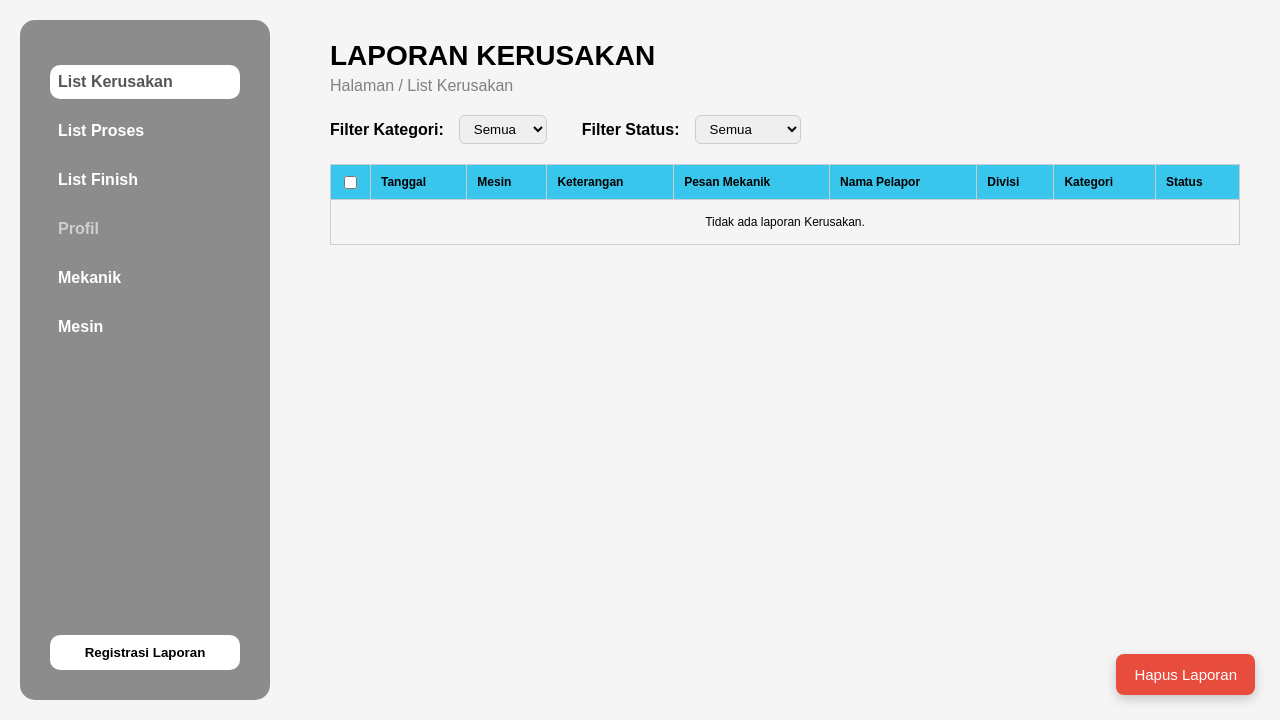
Repository: 1rHub/maintenance
Page: http://localhost/dashboard_laporan.php
An editor plug-in stored every save of this project. The page is shown before and after the next save, followed by the edit.
The browser window is 1280 px wide. The pictures show the whole page.
The page is run by PHP 8.4 with error messages shown; the project is at /var/www/html/. Queries for data that is not in the repository find no rows.

Above is the page before, as saved 2025-10-16 11:53:47.

### dashboard_laporan.php
<?php
session_start();
include "koneksi.php";
include "sidebar.php";

// === HAPUS LAPORAN ===
if ($_SERVER["REQUEST_METHOD"] === "POST" && isset($_POST['hapus_laporan'])) {
    if (!empty($_POST['selected_id'])) {
        $ids = implode(",", array_map('intval', $_POST['selected_id']));
        $query = "DELETE FROM laporan WHERE id IN ($ids)";
        mysqli_query($conn, $query);
    }
    header("Location: dashboard_laporan.php?hapus=1");
    exit();
}

// === SIMPAN LAPORAN BARU ===
if ($_SERVER['REQUEST_METHOD'] === 'POST' && isset($_POST['submit_laporan'])) {
    $nama = $_POST['nama'];
    $divisi = $_POST['divisi'];
    $mesin_id = $_POST['mesin_id'];
    $pesan = $_POST['pesan'];
    $kategori = $_POST['kategori'];

    $sql = "INSERT INTO laporan (nama, divisi, mesin_id, pesan, kategori, tanggal, status)
            VALUES ('$nama', '$divisi', '$mesin_id', '$pesan', '$kategori', NOW(), 'kerusakan')";
    if (mysqli_query($conn, $sql)) {
        header("Location: dashboard_laporan.php?success=1");
        exit;
    } else {
        echo "Error: " . mysqli_error($conn);
    }
}

if ($_SERVER['REQUEST_METHOD'] === 'POST' && isset($_POST['ambil_laporan'])) {
    $id_laporan = $_POST['id_laporan'];
    $mekanik_ids = $_POST['nama_mekanik'] ?? [];

    // Jika tidak ada mekanik dipilih
    if (empty($mekanik_ids)) {
        echo "<script>alert('Pilih minimal satu mekanik.'); history.back();</script>";
        exit;
    }

    // Ambil nama mekanik dari tabel berdasarkan id
    $nama_mekanik_list = [];
    $id_str = implode(",", array_map('intval', $mekanik_ids));
    $query = mysqli_query($conn, "SELECT nama FROM mekanik WHERE id IN ($id_str)");

    while ($row = mysqli_fetch_assoc($query)) {
        $nama_mekanik_list[] = $row['nama'];
    }

    // Gabungkan nama jadi string
    $nama_mekanik = implode(", ", $nama_mekanik_list);
    $mekanik_id_str = implode(",", $mekanik_ids);

    // ✅ Simpan ke laporan
    $sql = "UPDATE laporan
            SET status='proses', mekanik_id=?, nama_mekanik=?
            WHERE id=?";
    $stmt = $conn->prepare($sql);
    $stmt->bind_param("ssi", $mekanik_id_str, $nama_mekanik, $id_laporan);

    if ($stmt->execute()) {
        header("Location: dashboard_laporan.php?ambil=1");

        exit;
    } else {
        echo "Error: " . $conn->error;
    }
}

?>
<!DOCTYPE html>
<html lang="id">

<head>
    <meta charset="UTF-8">
    <title>Dashboard Laporan</title>
    <link rel="stylesheet" href="assets/css/style.css">
</head>

<body>
    <div class="main-content">
        <h1>LAPORAN KERUSAKAN</h1>
        <p class="breadcrumb">Halaman / List Kerusakan</p>

        <?php if (isset($_GET['success'])): ?>
            <p class="success" id="successMsg">✅ Laporan berhasil disimpan!</p>
        <?php endif; ?>
        <?php if (isset($_GET['ambil'])): ?>
            <p class="success" id="successMsg">✅ Laporan berhasil diambil ke proses!</p>
        <?php endif; ?>
        <?php if (isset($_GET['hapus'])): ?>
            <p class="success" id="successMsg">✅ Laporan berhasil dihapus!</p>
        <?php endif; ?>

        <div class="filter">
            <label for="filterKategori">Filter Kategori:</label>
            <select id="filterKategori" onchange="filterTable()">
                <option value="all">Semua</option>
                <option value="Biasa">Biasa</option>
                <option value="Sedang">Sedang</option>
                <option value="Urgent">Urgent</option>
            </select>

            <label for="filterStatus" style="margin-left: 20px;">Filter Status:</label>
            <select id="filterStatus" onchange="filterTable()">
                <option value="all">Semua</option>
                <option value="kerusakan">Kerusakan</option>
                <option value="ditunda">Ditunda</option>
            </select>
        </div>

        <form id="hapusForm" method="POST">
            <input type="hidden" name="hapus_laporan" value="1">

            <table id="laporanTable">
                <thead>
                    <tr>
                        <th style="width:40px; text-align:center;">
                            <input type="checkbox" id="checkAll" onclick="toggleAll(this)">
                        </th>
                        <th>Tanggal</th>
                        <th>Mesin</th>
                        <th>Keterangan</th>
                        <th>Pesan Mekanik</th>
                        <th>Nama Pelapor</th>
                        <th>Divisi</th>
                        <th>Kategori</th>
                        <th>Status</th>
                    </tr>
                </thead>
                <tbody>
                    <?php
                    $result = mysqli_query($conn, "
                       SELECT l.*, m.nama_mesin,
       GROUP_CONCAT(mk.nama SEPARATOR ', ') AS nama_mekanik
FROM laporan l
LEFT JOIN mesin m ON l.mesin_id = m.id
LEFT JOIN mekanik mk ON FIND_IN_SET(mk.id, l.mekanik_id)
WHERE l.status IN ('kerusakan', 'ditunda')
GROUP BY l.id
ORDER BY l.tanggal DESC;
                    ");

                    if (mysqli_num_rows($result) > 0) {
                        while ($laporan = mysqli_fetch_assoc($result)) {
                            $kategoriClass = strtolower($laporan['kategori']);
                            echo "<tr data-kategori='{$laporan['kategori']}'>
                                <td style='text-align:center;'>
                                    <input type='checkbox' name='selected_id[]' value='{$laporan['id']}'>
                                </td>
                                <td>{$laporan['tanggal']}</td>
                                <td>
                                    <a href='#' onclick=\"openDetailPopup(
                                        '{$laporan['id']}',
                                        '" . htmlspecialchars($laporan['nama_mesin'], ENT_QUOTES) . "',
                                        '" . htmlspecialchars($laporan['pesan'], ENT_QUOTES) . "',
                                        '{$laporan['status']}',
                                        '" . htmlspecialchars($laporan['nama_mekanik'] ?? '', ENT_QUOTES) . "',
                                        '" . htmlspecialchars($laporan['pesan_mekanik'] ?? '', ENT_QUOTES) . "'
                                    )\">{$laporan['nama_mesin']}</a>
                                </td>
                                <td>{$laporan['pesan']}</td>
                                <td>" . ($laporan['pesan_mekanik'] ?? '-') . "</td>
                                <td>{$laporan['nama']}</td>
                                <td>{$laporan['divisi']}</td>
                                <td class='kategori {$kategoriClass}'>" . ucfirst($laporan['kategori']) . "</td>
                                <td class='status'>{$laporan['status']}</td>
                            </tr>";
                        }
                    } else {
                        echo "<tr><td colspan='9' style='text-align:center; padding:15px;'>Tidak ada laporan Kerusakan.</td></tr>";
                    }
                    ?>
                </tbody>
            </table>

            <button type="button" onclick="openDeletePopup()" class="hapus-float-btn">
                Hapus Laporan
            </button>
        </form>
    </div>

    <!-- Popup Konfirmasi Hapus -->
    <div class="popup" id="popupDelete" style="display:none;">
        <div class="popup-content" style="max-width:350px; text-align:center;">
            <h3>Konfirmasi Hapus</h3>
            <p>Yakin ingin menghapus laporan terpilih?</p>
            <div style="margin-top:20px;">
                <button onclick="confirmDelete()"
                    style="background-color:#e74c3c; color:white; padding:8px 14px; border:none; border-radius:6px; cursor:pointer; margin-right:10px;">Ya,
                    Hapus</button>
                <button onclick="closeDeletePopup()"
                    style="background-color:#bdc3c7; color:black; padding:8px 14px; border:none; border-radius:6px; cursor:pointer;">Batal</button>
            </div>
        </div>
    </div>

    <!-- Popup Tambah Laporan -->
    <div class="popup" id="popupForm">
        <div class="popup-content">
            <span class="close-btn" onclick="closePopup()">&times;</span>
            <h2>Registrasi Laporan</h2>
            <form method="POST">
                <label>Nama:</label>
                <input type="text" name="nama" required>
                <label>Divisi:</label>
                <select name="divisi" required>
                    <option value="Gudang">Gudang</option>
                    <option value="Hollow">Hollow</option>
                    <option value="Tiang">Tiang</option>
                    <option value="Slitter">Slitter</option>
                    <option value="Subcon">Subcon</option>
                    <option value="Grating">Grating</option>
                    <option value="H-Beam">H-Beam</option>
                </select>
                <label>Mesin:</label>
                <select name="mesin_id" required>
                    <option value="">-- Pilih Mesin --</option>
                    <?php
                    $mesin_res = mysqli_query($conn, "SELECT id, nama_mesin FROM mesin ORDER BY nama_mesin ASC");
                    while ($m = mysqli_fetch_assoc($mesin_res)) {
                        echo "<option value='{$m['id']}'>{$m['nama_mesin']}</option>";
                    }
                    ?>
                </select>

                <label>Pesan Kerusakan:</label>
                <textarea name="pesan" rows="3" required></textarea>
                <label>Kategori:</label>
                <select name="kategori" required>
                    <option value="Biasa">Biasa</option>
                    <option value="Sedang">Sedang</option>
                    <option value="Urgent">Urgent</option>
                </select>
                <button type="submit" name="submit_laporan">Kirim Laporan</button>
            </form>
        </div>
    </div>

    <!-- Popup Detail Laporan -->
    <div id="popupDetail" class="popup">
        <div class="popup-content">
            <span class="close-btn" onclick="closeDetailPopup()">&times;</span>
            <h2>Detail Laporan</h2>

            <input type="hidden" id="detail_id" name="id">

            <label>Nama Mesin:</label>
            <input type="text" id="detail_mesin" readonly>

            <label>Keterangan:</label>
            <textarea id="detail_pesan" readonly></textarea>

            <!-- 🔽 Tambahan: Pesan Mekanik -->
            <label>Pesan Mekanik:</label>
            <textarea id="detail_pesan_mekanik" readonly></textarea>

            <label>Pilih Mekanik:</label>
            <div id="mekanikList">
                <?php
                include 'koneksi.php';
                $sql = "SELECT id, nama FROM mekanik ORDER BY nama ASC";
                $result = mysqli_query($conn, $sql);

                if ($result && mysqli_num_rows($result) > 0) {
                    while ($row = mysqli_fetch_assoc($result)) {
                        echo '<label><input type="checkbox" name="mekanik_id[]" value="' . $row['id'] . '"> ' . htmlspecialchars($row['nama']) . '</label>';
                    }
                } else {
                    echo "<p>Tidak ada data mekanik</p>";
                }
                ?>
            </div>
        </div>

        <button id="ambilBtn" class="btn-ambil">Ambil</button>
        <form id="ambilForm" method="POST" style="display:none;">
            <input type="hidden" name="ambil_laporan" value="1">
            <input type="hidden" id="ambil_id_laporan" name="id_laporan">
            <div id="ambil_mekanik_inputs"></div>
        </form>
    </div>
    </div>


    <script>
        function openPopup() {
            document.getElementById('popupForm').style.display = 'flex';
        }

        function closePopup(popupId = null) {
            // Jika ada id popup yang dikirim, tutup popup tersebut
            if (popupId) {
                document.getElementById(popupId).style.display = 'none';
            } else {
                // Kalau tidak ada id, default tutup popup form
                document.getElementById('popupForm').style.display = 'none';
            }
        }

        // fungsi ini udah gak dibutuhkan lagi kalau udah pakai closePopup universal
        // tapi kalau mau tetap aman, bisa biarkan seperti ini:

        function openDetailPopup(id, mesin, pesan, status, mekanik, pesan_mekanik) {
            const popup = document.getElementById('popupDetail');
            popup.style.display = 'flex';

            // isi data ke input popup
            document.getElementById('detail_id').value = id;
            document.getElementById('detail_mesin').value = mesin;
            document.getElementById('detail_pesan').value = pesan;

            // kalau pesan mekanik belum ada, kosongin aja
            document.getElementById('detail_pesan_mekanik').value = pesan_mekanik ? pesan_mekanik : '';

            const checkboxes = document.querySelectorAll('#mekanikList input[type=checkbox]');
            const ambilBtn = document.getElementById('ambilBtn');

            // reset semua checkbox
            checkboxes.forEach(cb => {
                cb.checked = false;
                cb.disabled = false;
            });

            // tandai mekanik yg udah ada
            if (mekanik) {
                mekanik.split(",").forEach(nama => {
                    checkboxes.forEach(cb => {
                        if (cb.parentNode.textContent.trim() === nama.trim()) cb.checked = true;
                    });
                });
            }

            // aturan sesuai status
            if (status === 'ditunda') {
                checkboxes.forEach(cb => cb.disabled = true); // disable semua
                ambilBtn.style.display = 'block';
                ambilBtn.textContent = 'Lanjutkan Perbaikan';
                ambilBtn.style.backgroundColor = '#27ae60';
            } else if (status === 'kerusakan') {
                checkboxes.forEach(cb => cb.disabled = false);
                ambilBtn.style.display = 'block';
                ambilBtn.textContent = 'Ambil';
                ambilBtn.style.backgroundColor = '#39c6ed';
            } else if (status === 'proses' || status === 'finish') {
                checkboxes.forEach(cb => cb.disabled = true);
                ambilBtn.style.display = 'none';
            }
        }

        function closeDetailPopup() {
            document.getElementById('popupDetail').style.display = 'none';
        }

        function toggleAll(source) {
            const checkboxes = document.querySelectorAll('input[name="selected_id[]"]');
            checkboxes.forEach(cb => cb.checked = source.checked);
        }

        function openDeletePopup() {
            const selected = document.querySelectorAll('input[name="selected_id[]"]:checked');
            if (selected.length === 0) {
                showTempAlert("⚠️ Pilih laporan yang ingin dihapus terlebih dahulu!", "warning");
                return;
            }
            document.getElementById('popupDelete').style.display = 'flex';
        }

        function closeDeletePopup() { document.getElementById('popupDelete').style.display = 'none'; }
        function confirmDelete() {
            document.getElementById('popupDelete').style.display = 'none';
            document.getElementById('hapusForm').submit();
        }

        function filterTable() {
            const kategoriFilter = document.getElementById('filterKategori').value;
            const statusFilter = document.getElementById('filterStatus').value;
            const rows = document.querySelectorAll('#laporanTable tbody tr');

            rows.forEach(row => {
                const kategori = row.dataset.kategori;
                const status = row.querySelector('.status').textContent.trim();
                const matchKategori = (kategoriFilter === 'all' || kategori === kategoriFilter);
                const matchStatus = (statusFilter === 'all' || status === statusFilter);
                row.style.display = (matchKategori && matchStatus) ? '' : 'none';
            });
        }

        setTimeout(() => {
            let msg = document.getElementById("successMsg");
            if (msg) msg.style.display = "none";
        }, 2000);

        function showTempAlert(message, type = "info") {
            const existingAlert = document.getElementById("tempAlert");
            if (existingAlert) existingAlert.remove();

            const alertBox = document.createElement("div");
            alertBox.id = "tempAlert";
            alertBox.textContent = message;
            alertBox.className = "temp-alert " + type;
            document.body.appendChild(alertBox);

            setTimeout(() => {
                alertBox.style.opacity = "0";
                setTimeout(() => alertBox.remove(), 500);
            }, 2500);
        }
        document.getElementById("ambilBtn").addEventListener("click", function () {
            const idLaporan = document.getElementById("detail_id").value;
            const checkboxes = document.querySelectorAll('#mekanikList input[type=checkbox]:checked');
            const form = document.getElementById("ambilForm");
            const mekanikContainer = document.getElementById("ambil_mekanik_inputs");

            // kosongkan isian lama
            mekanikContainer.innerHTML = "";
            document.getElementById("ambil_id_laporan").value = idLaporan;

            // tambahkan mekanik yang dipilih
            checkboxes.forEach(cb => {
                const input = document.createElement("input");
                input.type = "hidden";
                input.name = "nama_mekanik[]";
                input.value = cb.value;
                mekanikContainer.appendChild(input);
            });

            form.submit();
        });


    </script>
</body>

</html>

### koneksi.php
<?php
$host = "localhost";
$user = "root";
$pass = "";
$db   = "db_laporan";

$conn = new mysqli($host, $user, $pass, $db);

if ($conn->connect_error) {
    die("Koneksi gagal: " . $conn->connect_error);
}
?>

### sidebar.php
<?php

$current_page = basename($_SERVER['PHP_SELF']);
?>

<head>
    <link rel="stylesheet" href="assets/css/style.css">
</head>
<div class="sidebar">
    <ul class="menu">
        <li>
            <a href="dashboard_laporan.php" class="<?= $current_page == 'dashboard_laporan.php' ? 'active' : '' ?>">
                List Kerusakan
            </a>
        </li>
        <li>
            <a href="list_proses.php" class="<?= $current_page == 'list_proses.php' ? 'active' : '' ?>">
                List Proses
            </a>
        </li>
        <li>
            <a href="list_finish.php" class="<?= $current_page == 'list_finish.php' ? 'active' : '' ?>">
                List Finish
            </a>
        </li>
        <li>
            <a href="#" class="disabled">Profil</a>
        </li>
        <li>
            <a href="mekanik.php" class="<?= $current_page == 'mekanik.php' ? 'active' : '' ?>">
                Mekanik
            </a>
        </li>
        <li>
            <a href="mesin.php" class="<?= $current_page == 'mesin.php' ? 'active' : '' ?>">
                Mesin
            </a>
        </li>
    </ul>
    <?php if ($current_page == 'dashboard_laporan.php'): ?>
        <button class="register-btn" onclick="openPopup()">Registrasi Laporan</button>
    <?php endif; ?>
</div>

Loaded but not shown: assets/css/style.css (659 lines, source omitted)

After the next save:
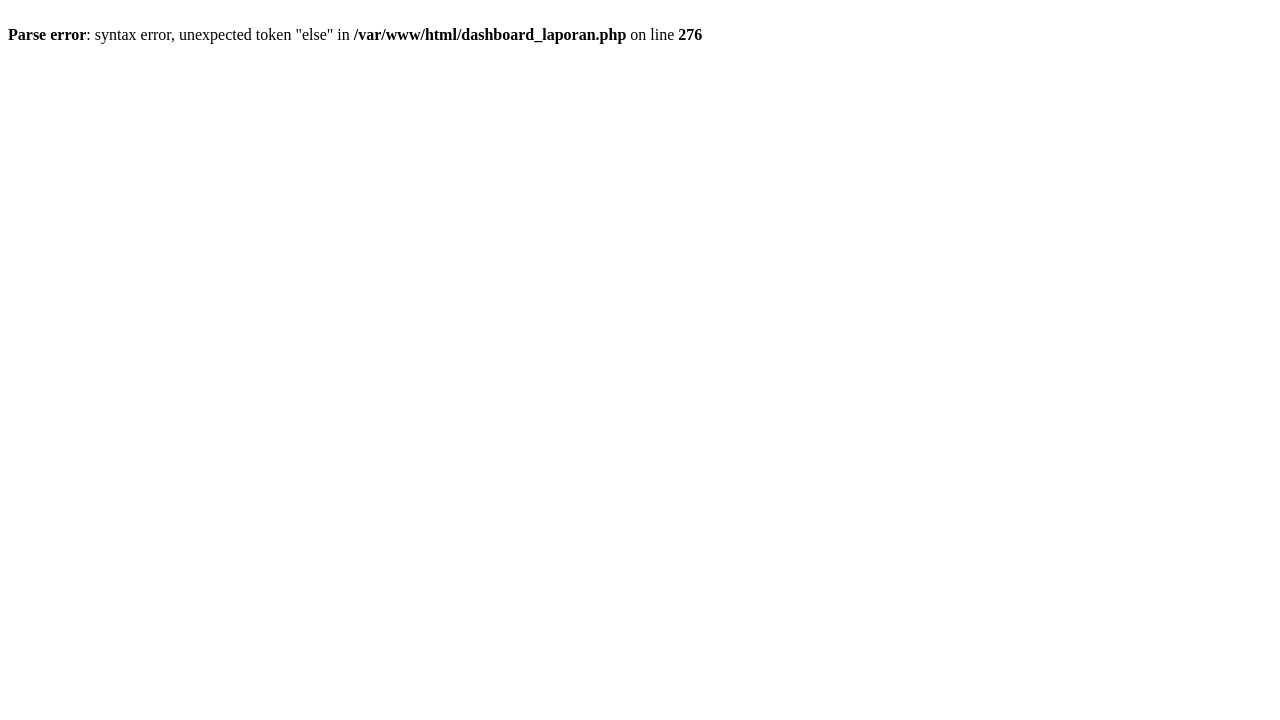
Saved 45 s later.
--- a/dashboard_laporan.php
+++ b/dashboard_laporan.php
@@ -268,8 +268,11 @@
 
                 if ($result && mysqli_num_rows($result) > 0) {
                     while ($row = mysqli_fetch_assoc($result)) {
-                        echo '<label><input type="checkbox" name="mekanik_id[]" value="' . $row['id'] . '"> ' . htmlspecialchars($row['nama']) . '</label>';
-                    }
+                        echo '<label>
+        <input type="checkbox" name="mekanik_id[]" value="' . $row['id'] . '">
+        <span>' . htmlspecialchars($row['nama']) . '</span>
+      </label>';
+
                 } else {
                     echo "<p>Tidak ada data mekanik</p>";
                 }

After the save that followed:
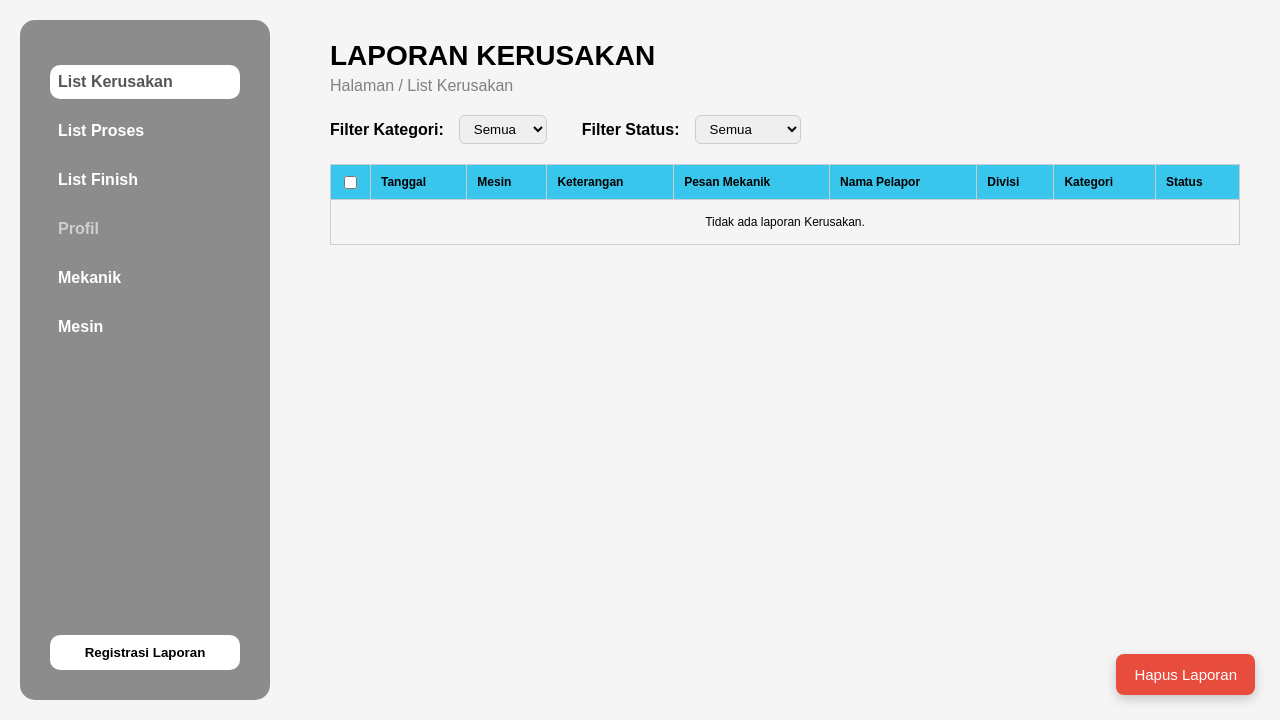
Saved 4 s later.
--- a/dashboard_laporan.php
+++ b/dashboard_laporan.php
@@ -268,11 +268,8 @@
 
                 if ($result && mysqli_num_rows($result) > 0) {
                     while ($row = mysqli_fetch_assoc($result)) {
-                        echo '<label>
-        <input type="checkbox" name="mekanik_id[]" value="' . $row['id'] . '">
-        <span>' . htmlspecialchars($row['nama']) . '</span>
-      </label>';
-
+                        echo '<label><input type="checkbox" name="mekanik_id[]" value="' . $row['id'] . '"> ' . htmlspecialchars($row['nama']) . '</label>';
+                    }
                 } else {
                     echo "<p>Tidak ada data mekanik</p>";
                 }
